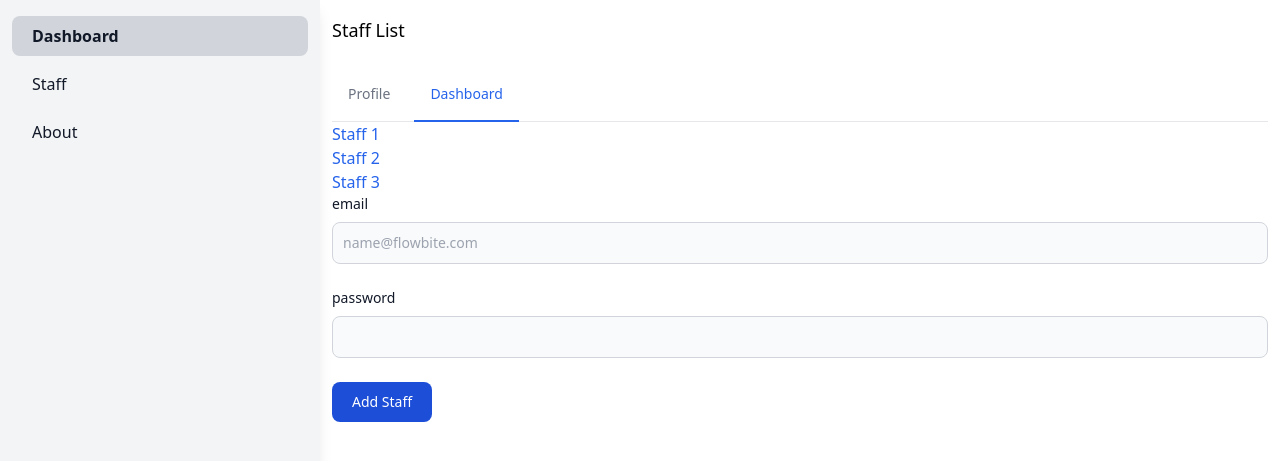
Repository: daohuyhoang9119/React-Router-6.4--Practice
Page: /staff
The author's editor kept a copy of each file at every save. The page is drawn from the files as they stood at one save, then again after the next save.
The browser window is 1280 px wide. The pictures show the whole page.
The project was rebuilt for these pictures with package versions that can differ from the ones it lists, and the page was loaded fresh each time. Also part of the build but not shown: src/pages/About/About.tsx, src/pages/Dashboard/Dashboard.tsx.

Above is the page before, as saved 2022-11-07 19:34:29.

### src/App.tsx
import MainLayout from 'layouts/MainLayout'
import About from 'pages/About'
import Dashboard from 'pages/Dashboard'
import StaffList from 'pages/StaffList'
import { Route, Routes } from 'react-router-dom'

function App() {
  return (
    <div className='App'>
      <MainLayout>
        <Routes>
          <Route path='/' element={<Dashboard />} />
          <Route path='/about' element={<About />} />
          <Route path='/staff' element={<StaffList />} />
        </Routes>
      </MainLayout>
    </div>
  )
}

export default App

### src/pages/StaffList/index.ts
import StaffList from './StaffList'

export default StaffList

### src/layouts/MainLayout/MainLayout.tsx
import React from 'react'
import { Route, Link, NavLink } from 'react-router-dom'

interface Props {
  children?: React.ReactNode
}
export default function MainLayout({ children }: Props) {
  return (
    <div className='grid min-h-screen grid-cols-4'>
      <aside className='col-span-1' aria-label='Sidebar'>
        <div className='h-full overflow-y-auto bg-gray-100 py-4 px-3 shadow-lg'>
          <ul className='space-y-2'>
            <li>
              <NavLink
                to='/'
                className='flex items-center rounded-lg bg-gray-300 p-2 text-base font-normal text-gray-900 hover:bg-gray-300'
              >
                <span className='ml-3 font-bold'>Dashboard</span>
              </NavLink>
            </li>
            <li>
              <NavLink
                to='/staff'
                className='flex items-center rounded-lg p-2 text-base font-normal text-gray-900 hover:bg-gray-300'
              >
                <span className='ml-3'>Staff</span>
              </NavLink>
            </li>
            <li>
              <NavLink
                to='/about'
                className='flex items-center rounded-lg p-2 text-base font-normal text-gray-900 hover:bg-gray-300'
              >
                <span className='ml-3'>About</span>
              </NavLink>
            </li>
          </ul>
        </div>
      </aside>
      <main className='col-span-3 h-full py-4 px-3'>{children}</main>
    </div>
  )
}

### src/pages/StaffList/StaffList.tsx
import AddStaff from 'components/AddStaff'

export default function StaffList() {
  return (
    <div>
      <h1 className='mb-6 text-lg'>Staff List</h1>
      <div className='border-b border-gray-200 text-center text-sm font-medium text-gray-500  '>
        <ul className='-mb-px flex flex-wrap'>
          <li className='mr-2'>
            <a
              href='#'
              className='inline-block rounded-t-lg border-b-2 border-transparent p-4 hover:border-gray-300 hover:text-gray-600 '
            >
              Profile
            </a>
          </li>
          <li className='mr-2'>
            <a
              href='#'
              className='active inline-block rounded-t-lg border-b-2 border-blue-600 p-4 text-blue-600 '
              aria-current='page'
            >
              Dashboard
            </a>
          </li>
        </ul>
      </div>

      <ul>
        <li>
          <a href='#' className='font-medium text-blue-600 hover:underline dark:text-blue-500'>
            Staff 1
          </a>
        </li>
        <li>
          <a href='#' className='font-medium text-blue-600 hover:underline dark:text-blue-500'>
            Staff 2
          </a>
        </li>
        <li>
          <a href='#' className='font-medium text-blue-600 hover:underline dark:text-blue-500'>
            Staff 3
          </a>
        </li>
      </ul>
      <AddStaff />
    </div>
  )
}

### src/components/AddStaff/index.ts
import AddStaff from './AddStaff'

export default AddStaff

### src/components/AddStaff/AddStaff.tsx
export default function AddStaff() {
  return (
    <form>
      <div className='mb-6'>
        <label htmlFor='email' className='mb-2 block text-sm font-medium text-gray-900 '>
          email
        </label>
        <input
          type='email'
          id='email'
          className='block w-full rounded-lg border border-gray-300 bg-gray-50 p-2.5 text-sm text-gray-900 focus:border-blue-500 focus:ring-blue-500 '
          placeholder='name@flowbite.com'
          required
        />
      </div>
      <div className='mb-6'>
        <label htmlFor='password' className='mb-2 block text-sm font-medium text-gray-900 '>
          password
        </label>
        <input
          type='password'
          id='password'
          className='block w-full rounded-lg border border-gray-300 bg-gray-50 p-2.5 text-sm text-gray-900 focus:border-blue-500 focus:ring-blue-500 '
          required
        />
      </div>

      <button
        type='submit'
        className='w-full rounded-lg bg-blue-700 px-5 py-2.5 text-center text-sm font-medium text-white hover:bg-blue-800 focus:outline-none focus:ring-4 focus:ring-blue-300  sm:w-auto'
      >
        Add Staff
      </button>
    </form>
  )
}

Loaded but not shown: public/index.html (common file); src/index.tsx (common file); src/index.css (common file); src/reportWebVitals.ts (common file); src/layouts/MainLayout/index.ts (common file); src/pages/About/index.ts (common file); src/pages/Dashboard/index.ts (common file); tailwind.config.js (common file)

After the next save:
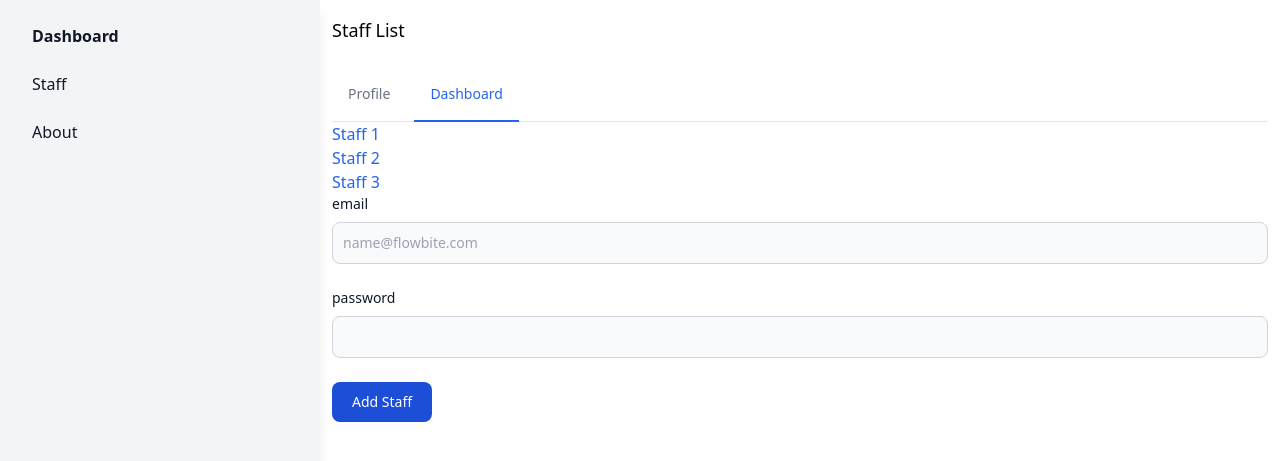
Saved 88 s later.
--- a/src/layouts/MainLayout/MainLayout.tsx
+++ b/src/layouts/MainLayout/MainLayout.tsx
@@ -13,7 +13,7 @@ export default function MainLayout({ children }: Props) {
             <li>
               <NavLink
                 to='/'
-                className='flex items-center rounded-lg bg-gray-300 p-2 text-base font-normal text-gray-900 hover:bg-gray-300'
+                className='flex items-center rounded-lg  p-2 text-base font-normal text-gray-900 hover:bg-gray-300'
               >
                 <span className='ml-3 font-bold'>Dashboard</span>
               </NavLink>
